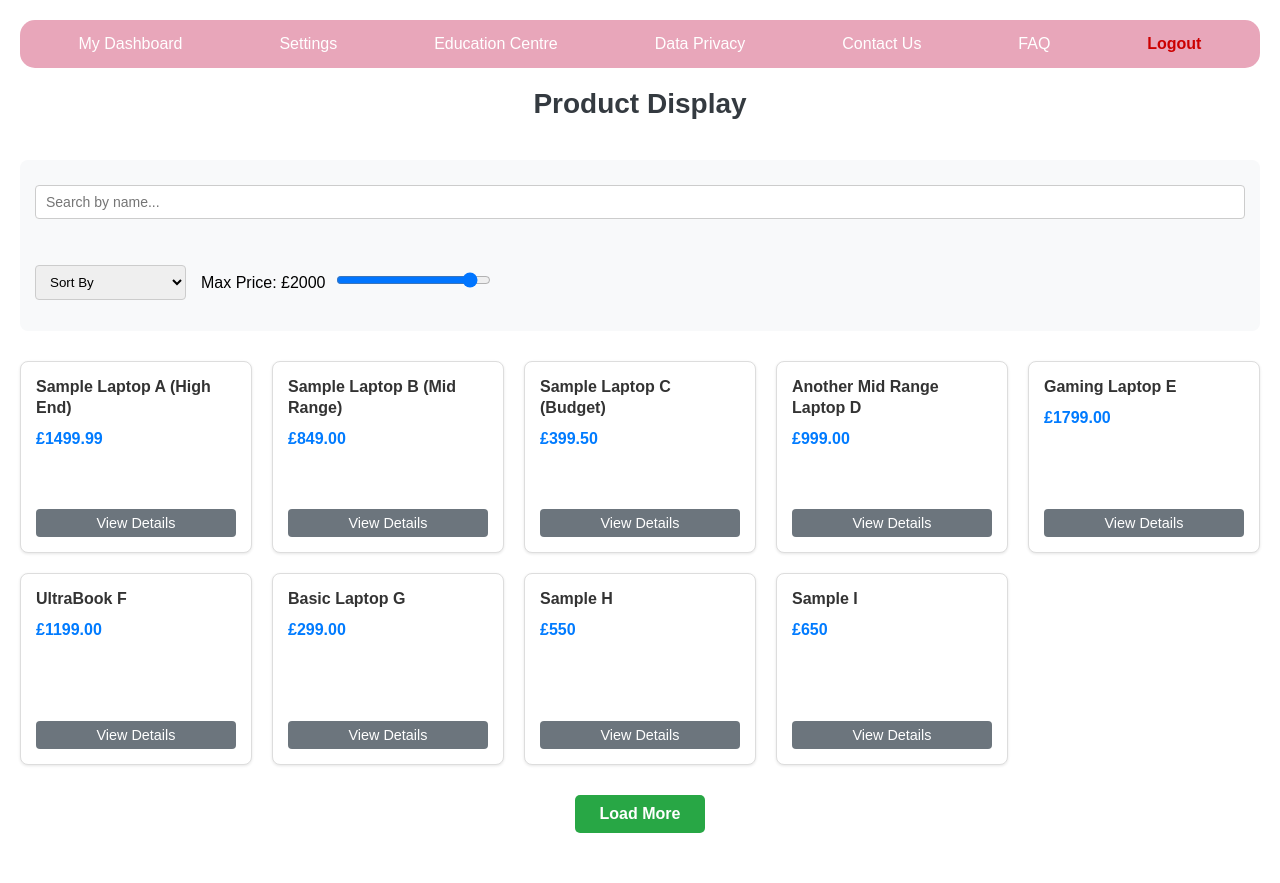
Repository: aab232/https---github.com-aab232-Deferred-Payment-Platform
Page: /main (app in frontend/)
These files come from the project's save history. The page is drawn as it stood at one moment and after the next save; the edit follows.
The browser window is 1280 px wide. The pictures show the whole page.
The project was rebuilt for these pictures with package versions that can differ from the ones it lists, and the page was loaded fresh each time. Also part of the build but not shown: frontend/src/components/Home.js, frontend/src/components/Register.js, frontend/src/components/Login.js, frontend/src/components/BackButton.css, frontend/src/components/BackButton.js, frontend/src/components/Settings.js, frontend/src/components/Privacy.js.

Above is the page before, as saved 2025-04-07 02:36:37.

After the next save:
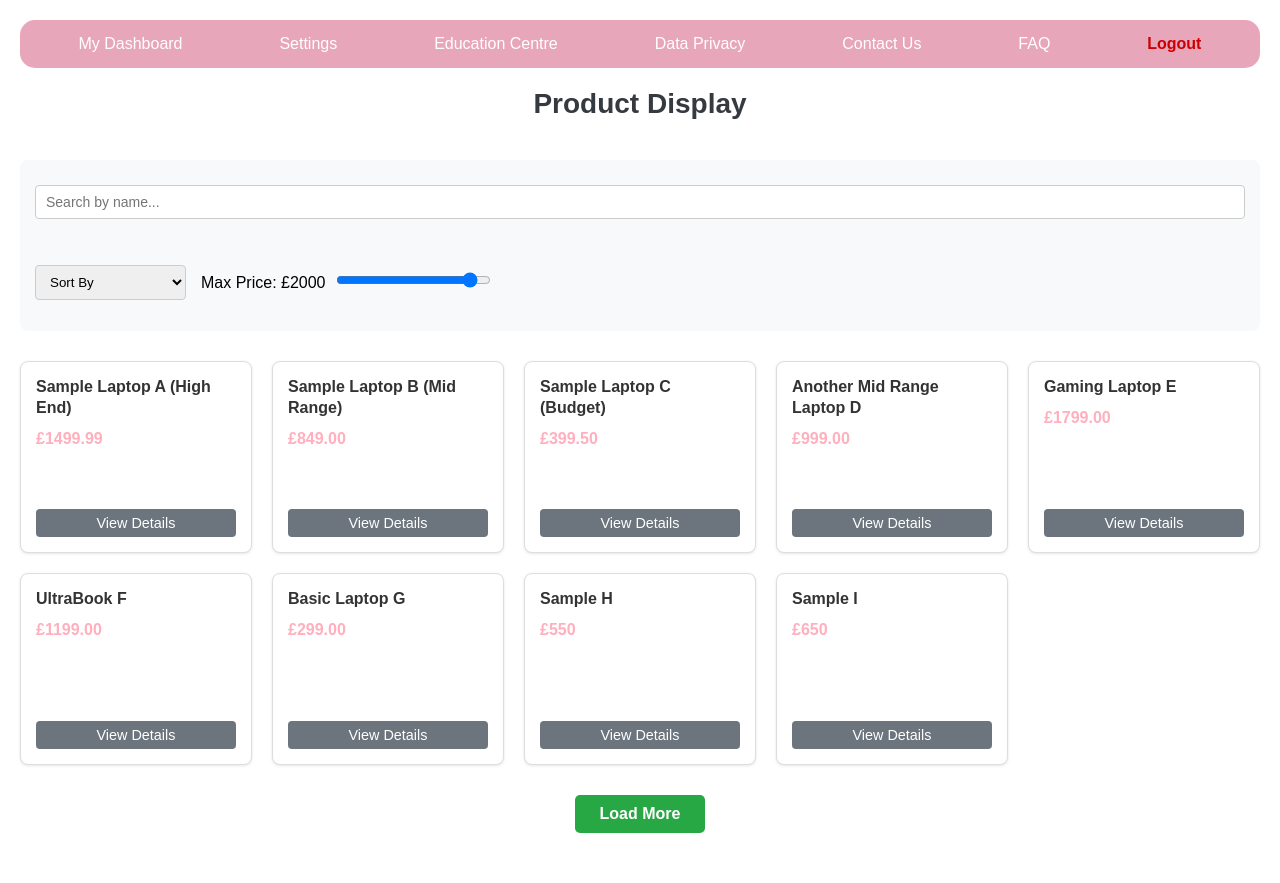
Saved 6 min 18 s later.
--- a/frontend/src/components/Main.css
+++ b/frontend/src/components/Main.css
@@ -115,7 +115,7 @@ h1 {
 
 .product-card p { /* Style price */
     font-weight: bold;
-    color: #007bff; /* Example price color */
+    color: #ffafbd; /* Example price color */
     margin: 0 0 10px 0; /* Adjust margin */
 }
 
